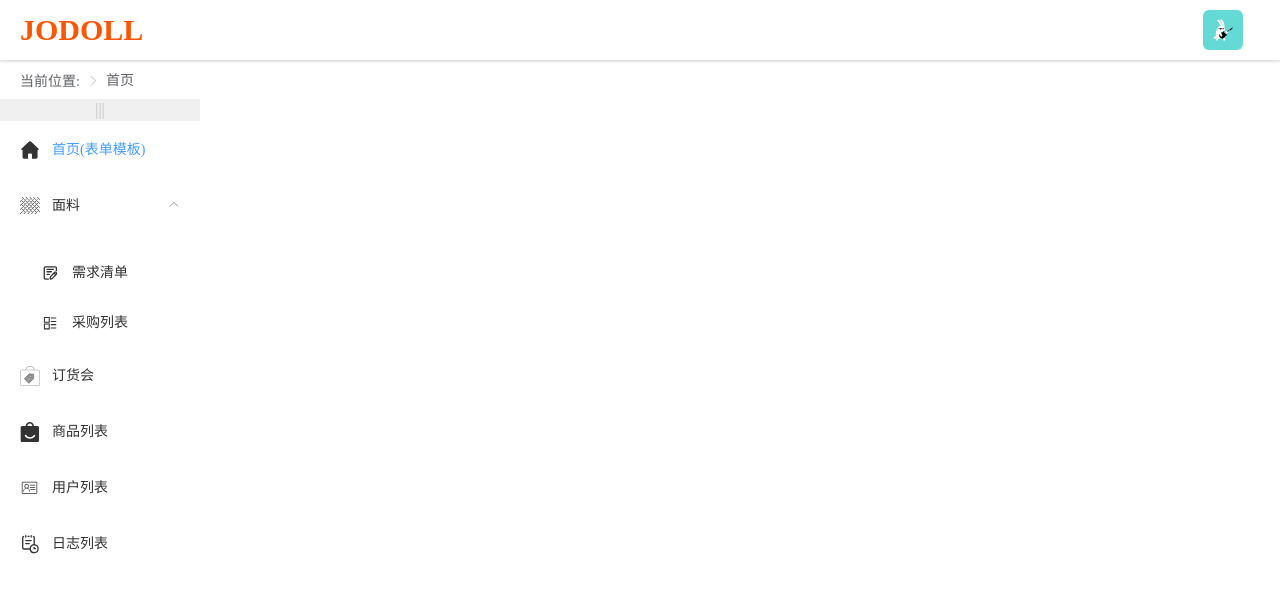
Repository: wangshanghai240/doll-practive
Page: /admin
An editor plug-in stored every save of this project. The page is shown before and after the next save, followed by the edit.
The browser window is 1280 px wide. The pictures show the whole page.
The project was rebuilt for these pictures with package versions that can differ from the ones it lists, and the page was loaded fresh each time. Also part of the build but not shown: vue.config.js. Imported but missing from the stored project, and not drawn on this page: src/views/admin/ordermeeting/ordermeeting/ordersearch.vue.

Above is the page before, as saved 2021-08-24 11:44:26.

After the next save:
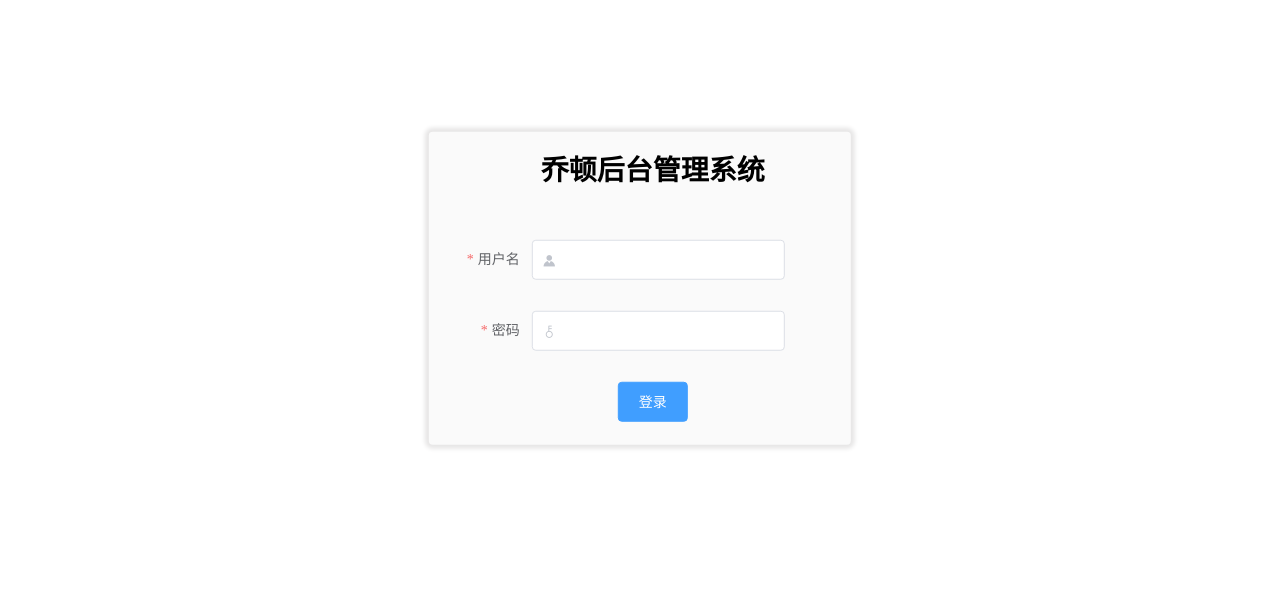
Saved 110 min 24 s later.
--- a/src/router/index.js
+++ b/src/router/index.js
@@ -163,20 +163,25 @@ VueRouter.prototype.push = function push(location) {
 //         next()
 //     }
 // })
-router.beforeEach((to, from, next) => {
-    if(to.matched.some((r)=>{r.meta.requireAuth})){
-        if(window.sessionStorage.getItem()){
-            next()
-        }
-        else{
-            next({
-                path:'/login'
-            })
-        }
-    }
-    else{
-        next()
-    }
+// router.beforeEach((to, from, next) => {
+//     if(to.matched.some((r)=>{r.meta.requireAuth})){
+//         if(window.sessionStorage.getItem()){
+//             next()
+//         }
+//         else{
+//             next({
+//                 path:'/login'
+//             })
+//         }
+//     }
+//     else{
+//         next()
+//     }
+// })
+router.beforeEach((to,from,next) =>{
+    if(to.path == '/login') return next()
+    if(!sessionStorage.getItem('token')) return next('/login')
+    next()
 })
 // 导出路由对象，暴露接口
 export default router
